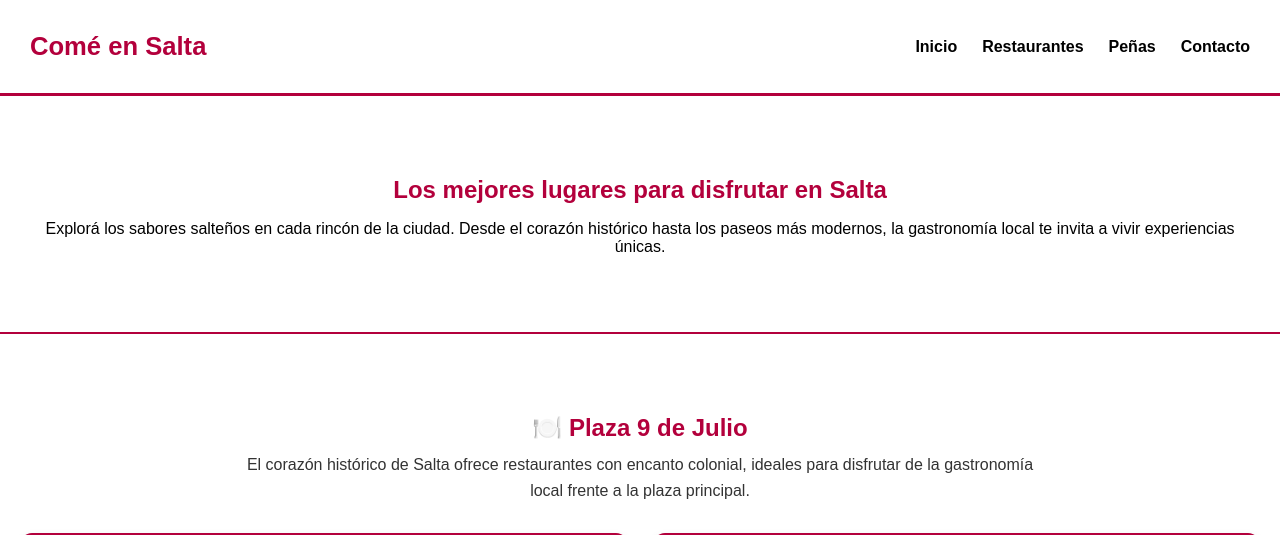
Repository: nahir95/come-en-salta
Page: restaurantes.html
These files come from the project's save history. The page is drawn as it stood at one moment and after the next save; the edit follows.
The browser window is 1280 px wide. The pictures show the part of the page from y = 0 to 535 px (the page is 3278 px tall before and 3301 px after).
Pictures or frames that could not be fetched are drawn as grey boxes.

Above is the page before, as saved 2025-11-12 00:58:11.

### restaurantes.html
<!doctype html>
<html lang="es">
<head>
  <meta charset="utf-8" />
  <meta name="viewport" content="width=device-width, initial-scale=1" />
  <title>Restaurantes - Comé en Salta</title>
  <link rel="stylesheet" href="style.css">
</head>

<body>
  <header>
    <h1>Comé en Salta</h1>
    <nav>
      <a href="index.html">Inicio</a>
      <a href="restaurantes.html">Restaurantes</a>
      <a href="penas.html">Peñas</a>
      <a href="#contacto">Contacto</a>
    </nav>
  </header>

  <main class="restaurantes">
    <section class="intro">
      <h2>Los mejores lugares para disfrutar en Salta</h2>
      <p>Explorá los sabores salteños en cada rincón de la ciudad. Desde el corazón histórico hasta los paseos más modernos, la gastronomía local te invita a vivir experiencias únicas.</p>
    </section>

    <!-- PLAZA 9 DE JULIO -->
<section id="plaza9" class="zona">
  <h2>🍽️ Plaza 9 de Julio</h2>
  <p>El corazón histórico de Salta ofrece restaurantes con encanto colonial, ideales para disfrutar de la gastronomía local frente a la plaza principal.</p>

  <div class="zona-grid">

    <!-- Restaurante 1 -->
    <article class="card restaurante">
      <img src="imagenes/cafe-catedral.jpeg" alt="El Solar del Convento">
      <div class="card-content">
        <h3>CAFE CATEDRAL</h3>
        <p><strong>Dirección:</strong> Bartolomé Mitre 95</p>
        <p><strong>Horarios:</strong> Lunes a Viernes: 7:00 a 22:00 - Sabado: 7:00 a 14:00</p>
        <p><strong>Contacto:</strong> (387) 4317756 - (387) 5323658</p>
        <div class="btns-resto">
          <a href="https://maps.app.goo.gl/VMKrjFsvunXBDcr2A" target="_blank" class="btn">📍 Cómo llegar</a>
          <a href="https://www.instagram.com/cafecatedral_?igsh=MnE1amYwa3dqeDF6" target="_blank" class="btn btn-secundario">📸 Instagram</a>
        </div>
      </div>
    </article>

    <!-- Restaurante 2 -->
    <article class="card restaurante">
      <img src="https://images.unsplash.com/photo-1565299624946-b28f40a0ae38?w=800" alt="Café del Tiempo">
      <div class="card-content">
        <h3>Café del Tiempo</h3>
        <p><strong>Dirección:</strong> España 350, frente a la plaza principal.</p>
        <p><strong>Horario:</strong> Todos los días de 8:00 a 00:00 hs.</p>
        <p><strong>Contacto:</strong> (387) 431-8855</p>
        <div class="btns-resto">
          <a href="https://maps.app.goo.gl/aVRKk2ktTgN1WvZt8" target="_blank" class="btn">📍 Cómo llegar</a>
          <a href="https://www.instagram.com/cafedeltiemposalta" target="_blank" class="btn btn-secundario">📸 Instagram</a>
        </div>
      </div>
    </article>

  </div>
</section>


    <!-- PASEO BALCARCE -->
    <section id="balcarce" class="zona">
      <h2>🎶 Paseo Balcarce</h2>
      <p>Uno de los lugares más animados de la ciudad. Aquí se mezclan la comida regional, la música y la vida nocturna salteña. Peñas, bares y restaurantes llenan de energía cada noche.</p>

      <div class="zona-grid">
        <article class="card">
          <img src="https://images.unsplash.com/photo-1528605248644-14dd04022da1?w=800" alt="Paseo Balcarce Salta">
          <h3>La Vieja Estación</h3>
          <p>Tradicional peña y restaurante con show en vivo. Ideal para probar empanadas y locro.</p>
        </article>
        <article class="card">
          <img src="https://images.unsplash.com/photo-1600891964599-f61ba0e24092?w=800" alt="Restaurante moderno en Balcarce">
          <h3>La Monumental</h3>
          <p>Restaurante moderno con opciones gourmet y coctelería de autor.</p>
        </article>
      </div>
    </section>

    <!-- PASEO GÜEMES -->
    <section id="guemes" class="zona">
      <h2>🍷 Paseo Güemes</h2>
      <p>La zona joven y moderna de Salta. Ideal para quienes buscan cocina contemporánea, bares y terrazas con estilo. Un punto de encuentro entre turistas y locales.</p>

      <div class="zona-grid">
        <article class="card">
          <img src="https://images.unsplash.com/photo-1615719413546-198b25453f85?w=800" alt="Paseo Güemes">
          <h3>El Charrúa</h3>
          <p>Especialidad en carnes a la parrilla y vinos de altura. Un clásico salteño imperdible.</p>
        </article>
        <article class="card">
          <img src="https://images.unsplash.com/photo-1551218808-94e220e084d2?w=800" alt="Café moderno">
          <h3>Baco Resto Bar</h3>
          <p>Ambiente moderno y excelente coctelería, ideal para compartir entre amigos.</p>
        </article>
      </div>
    </section>

    <!-- CADENAS DE COMIDAS RÁPIDAS -->
    <section id="rapidas" class="zona">
      <h2>🍔 Cadenas de Comidas Rápidas</h2>
      <p>También hay opciones para quienes buscan algo rápido y conocido. Las principales cadenas se encuentran cerca del centro y los shoppings.</p>

      <ul class="lista-rapidas">
        <li>McDonald’s – Shopping Alto NOA</li>
        <li>Burger King – Caseros 500</li>
        <li>Mostaza – Paseo Güemes</li>
        <li>Subway – Balcarce 50</li>
      </ul>
    </section>

    <!-- EXTRA: RESTAURANTES DESTACADOS -->
    <section id="destacados" class="zona">
      <h2>⭐ Recomendados por los turistas</h2>
      <p>Según visitantes y locales, estos son algunos de los restaurantes imperdibles para vivir la experiencia completa de la gastronomía salteña.</p>
      <div class="zona-grid">
        <article class="card">
          <img src="https://images.unsplash.com/photo-1504674900247-0877df9cc836?w=800" alt="Empanadas salteñas">
          <h3>Doña Salta</h3>
          <p>Empanadas caseras, locro y guisos típicos en un ambiente colonial.</p>
        </article>
        <article class="card">
          <img src="https://images.unsplash.com/photo-1601924582971-c8b28a3a13f1?w=800" alt="Locro salteño">
          <h3>El Patio de la Empanada</h3>
          <p>Conocido por su sabor auténtico y precios populares. Ideal para turistas.</p>
        </article>
      </div>
    </section>
  </main>

  <footer>
    Creado con ❤️ por Comé en Salta · 2025
  </footer>
</body>
</html>

### style.css
/* ==========================
   ESTILOS GENERALES
========================== */
body {
  margin: 0;
  font-family: 'Poppins', sans-serif;
  background-color: #fff;
  color: #000;
}

/* ==========================
   HEADER
========================== */
header {
  display: flex;
  justify-content: space-between;
  align-items: center;
  background-color: #fff;
  padding: 15px 30px;
  border-bottom: 3px solid #b3003c;
}

header h1 {
  color: #b3003c;
  font-size: 1.6rem;
}

nav {
  display: flex;
  gap: 25px;
}

nav a {
  text-decoration: none;
  color: #000;
  font-weight: 600;
  transition: color 0.3s ease;
}

nav a:hover {
  color: #b3003c;
}

/* ==========================
   CARRUSEL (HERO)
========================== */
.hero {
  position: relative;
  width: 100%;
  overflow: hidden;
}

.carousel-container {
  position: relative;
  width: 100%;
  height: 80vh;
}

.carousel {
  display: flex;
  width: 300%;
  transition: transform 0.8s ease-in-out;
}

.carousel img {
  width: 100%;
  height: 80vh;
  object-fit: cover;
  filter: brightness(0.7);
}

/* Botones del carrusel */
.btn-carrusel {
  position: absolute;
  top: 50%;
  transform: translateY(-50%);
  background-color: rgba(179, 0, 60, 0.8);
  color: white;
  border: none;
  font-size: 2rem;
  padding: 10px 15px;
  cursor: pointer;
  border-radius: 50%;
  transition: background 0.3s ease;
}

.btn-carrusel:hover {
  background-color: #b3003c;
}

#prev { left: 20px; }
#next { right: 20px; }

/* Texto sobre el carrusel */
.overlay {
  position: absolute;
  top: 50%;
  left: 50%;
  transform: translate(-50%, -50%);
  color: white;
  text-align: center;
  text-shadow: 0 2px 5px rgba(0,0,0,0.7);
}

.overlay h2 {
  font-size: 2rem;
  color: #fff;
  margin-bottom: 10px;
}

.overlay p {
  font-size: 1.2rem;
}

/* ==========================
   SECCIÓN INICIO
========================== */
.inicio {
  text-align: center;
  padding: 80px 20px;
  background-color: #fff;
}

.inicio h2 {
  color: #b3003c;
  font-size: 2rem;
  margin-bottom: 15px;
}

.inicio p {
  max-width: 800px;
  margin: 0 auto 30px auto;
  color: #333;
  line-height: 1.6;
}

/* BOTONES PRINCIPALES */
.inicio-buttons .btn {
  display: inline-block;
  margin: 10px;
  padding: 12px 24px;
  border: 2px solid #b3003c;
  border-radius: 8px;
  color: #b3003c;
  background: transparent;
  text-decoration: none;
  font-weight: 600;
  transition: all 0.3s ease;
}

.inicio-buttons .btn:hover {
  background: #b3003c;
  color: white;
}
/* ==========================
   SECCIÓN "POR QUÉ COMER EN SALTA"
========================== */
.porque {
  text-align: center;
  padding: 60px 20px;
  background-color: #f7f7f7;
  border-top: 2px solid #b3003c;
  border-bottom: 2px solid #b3003c;
}

.porque h2 {
  color: #b3003c;
  margin-bottom: 15px;
}

.porque p {
  max-width: 800px;
  margin: auto;
  font-size: 1.1rem;
  color: #333;
  line-height: 1.6;
}

/* ==========================
   SABORES
========================== */
.sabores {
  padding: 60px 20px;
  background-color: #fff;
  text-align: center;
}

.sabores h2 {
  color: #b3003c;
  margin-bottom: 25px;
}

.sabores-grid {
  display: grid;
  grid-template-columns: repeat(auto-fit, minmax(220px, 1fr));
  gap: 25px;
}

.plato {
  background: #fff;
  border-radius: 12px;
  border: 2px solid #b3003c;
  overflow: hidden;
  transition: transform 0.3s ease, box-shadow 0.3s ease;
}

.plato:hover {
  transform: scale(1.05);
  box-shadow: 0 4px 12px rgba(0,0,0,0.15);
}

.plato img {
  width: 100%;
  height: 160px;
  object-fit: cover;
}

.plato h3 {
  padding: 12px;
  color: #b3003c;
}

/* ==========================
   FRASE FINAL
========================== */
.frase {
  background: #b3003c;
  color: white;
  text-align: center;
  padding: 40px 10px;
  font-style: italic;
  font-size: 1.2rem;
}

/* ==========================
   FOOTER
========================== */
footer {
  background-color: #fff;
  color: #333;
  text-align: center;
  padding: 20px;
  border-top: 3px solid #b3003c;
  font-weight: 500;
}
.carousel-container {
  position: relative;
  overflow: hidden;
  width: 100%;
  height: 400px;
}

.carousel {
  display: flex;
  transition: transform 1s ease;
  width: 100%;
  height: 100%;
}

.carousel img {
  flex: 0 0 100%;
  width: 100%;
  height: 100%;
  object-fit: cover;
}
/* ==========================
   RESTAURANTES
========================== */
.restaurantes .intro {
  text-align: center;
  padding: 60px 20px;
}

.restaurantes .intro h2 {
  color: #b3003c;
  margin-bottom: 10px;
}

.restaurantes .zona {
  padding: 60px 20px;
  border-top: 2px solid #b3003c;
  background-color: #fff;
}

.restaurantes .zona h2 {
  color: #b3003c;
  margin-bottom: 10px;
  text-align: center;
}

.restaurantes .zona p {
  text-align: center;
  max-width: 800px;
  margin: 0 auto 30px auto;
  line-height: 1.6;
  color: #333;
}

.zona-grid {
  display: grid;
  grid-template-columns: repeat(auto-fit, minmax(250px, 1fr));
  gap: 25px;
}

.card {
  background: #fff;
  border: 2px solid #b3003c;
  border-radius: 10px;
  overflow: hidden;
  transition: transform 0.3s ease, box-shadow 0.3s ease;
}

.card:hover {
  transform: scale(1.05);
  box-shadow: 0 4px 12px rgba(0,0,0,0.15);
}

.card img {
  width: 100%;
  height: 180px;
  object-fit: cover;
}

.card h3 {
  margin: 12px;
  color: #b3003c;
}

.card p {
  margin: 0 12px 15px 12px;
  color: #333;
}

.lista-rapidas {
  max-width: 600px;
  margin: 0 auto;
  list-style: none;
  padding: 0;
  text-align: center;
}

.lista-rapidas li {
  background: #f8f8f8;
  border: 1px solid #b3003c;
  padding: 10px;
  border-radius: 6px;
  margin-bottom: 8px;
  color: #333;
  transition: background 0.3s;
}

.lista-rapidas li:hover {
  background: #b3003c;
  color: white;
}

/* === Tarjetas de restaurantes con info === */
.restaurante {
  background: #fff;
  border: 2px solid #b3003c;
  border-radius: 12px;
  overflow: hidden;
  box-shadow: 0 4px 10px rgba(0,0,0,0.1);
  transition: transform 0.3s ease, box-shadow 0.3s ease;
}

.restaurante:hover {
  transform: translateY(-5px);
  box-shadow: 0 6px 16px rgba(0,0,0,0.15);
}

.restaurante img {
  width: 100%;
  height: 200px;
  object-fit: cover;
}

.restaurante .card-content {
  padding: 15px 20px;
}

.restaurante h3 {
  color: #b3003c;
  margin-bottom: 10px;
}

.restaurante p {
  color: #333;
  margin: 5px 0;
}

.btns-resto {
  display: flex;
  flex-wrap: wrap;
  gap: 10px;
  margin-top: 15px;
}

.btns-resto .btn {
  display: inline-block;
  padding: 10px 16px;
  border: 2px solid #b3003c;
  border-radius: 8px;
  text-decoration: none;
  color: #b3003c;
  font-weight: 600;
  transition: all 0.3s ease;
}

.btns-resto .btn:hover {
  background: #b3003c;
  color: #fff;
}

.btns-resto .btn-secundario {
  background: #b3003c;
  color: #fff;
}

.btns-resto .btn-secundario:hover {
  background: transparent;
  color: #b3003c;
}

After the next save:
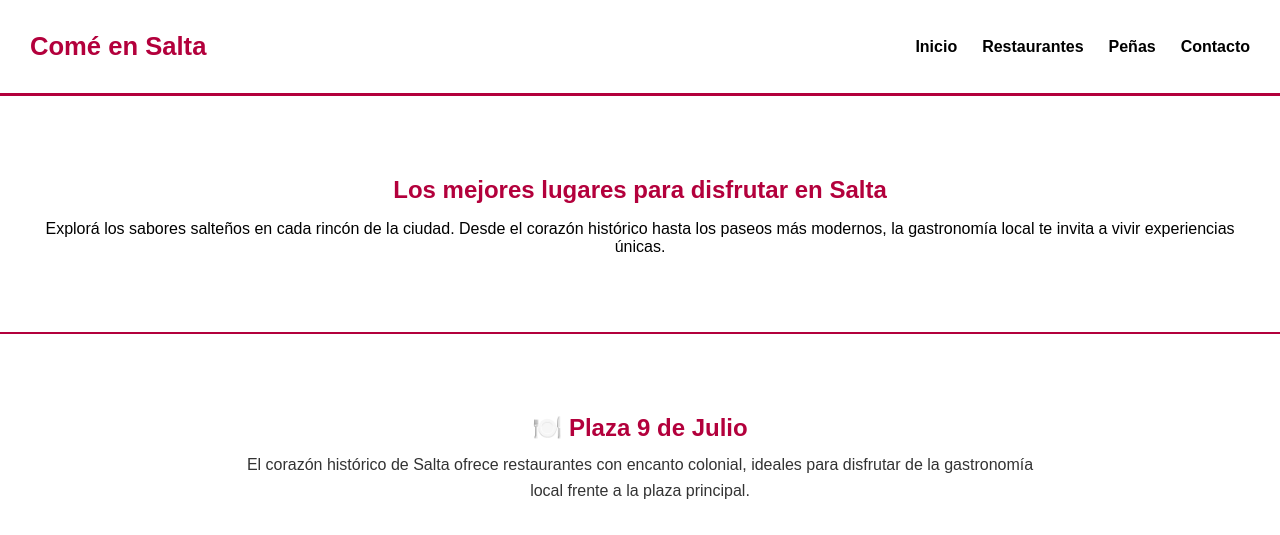
Saved 4 min 37 s later.
--- a/style.css
+++ b/style.css
@@ -353,13 +353,14 @@ footer {
   background: #b3003c;
   color: white;
 }
-
-/* === Tarjetas de restaurantes con info === */
+/* === Tarjetas de restaurantes con info (más pequeñas) === */
 .restaurante {
   background: #fff;
   border: 2px solid #b3003c;
   border-radius: 12px;
   overflow: hidden;
+  width: 280px; /* 🔹 antes ocupaba todo el ancho, ahora más compacta */
+  margin: 15px auto;
   box-shadow: 0 4px 10px rgba(0,0,0,0.1);
   transition: transform 0.3s ease, box-shadow 0.3s ease;
 }
@@ -371,40 +372,44 @@ footer {
 
 .restaurante img {
   width: 100%;
-  height: 200px;
+  height: 150px; /* 🔹 antes 200px */
   object-fit: cover;
 }
 
 .restaurante .card-content {
-  padding: 15px 20px;
+  padding: 12px 16px; /* 🔹 menos padding */
 }
 
 .restaurante h3 {
   color: #b3003c;
-  margin-bottom: 10px;
+  font-size: 1.1rem;
+  margin-bottom: 8px;
 }
 
 .restaurante p {
   color: #333;
-  margin: 5px 0;
+  margin: 4px 0;
+  font-size: 0.9rem;
 }
 
 .btns-resto {
   display: flex;
-  flex-wrap: wrap;
-  gap: 10px;
-  margin-top: 15px;
+  flex-direction: column; /* 🔹 botones uno debajo del otro */
+  gap: 8px;
+  margin-top: 10px;
 }
 
 .btns-resto .btn {
   display: inline-block;
-  padding: 10px 16px;
+  text-align: center;
+  padding: 8px 12px;
   border: 2px solid #b3003c;
   border-radius: 8px;
   text-decoration: none;
   color: #b3003c;
   font-weight: 600;
   transition: all 0.3s ease;
+  font-size: 0.9rem;
 }
 
 .btns-resto .btn:hover {
@@ -421,3 +426,11 @@ footer {
   background: transparent;
   color: #b3003c;
 }
+
+/* === Contenedor general de las tarjetas === */
+.zona-grid {
+  display: flex;
+  flex-wrap: wrap;
+  justify-content: center;
+  gap: 20px;
+}
